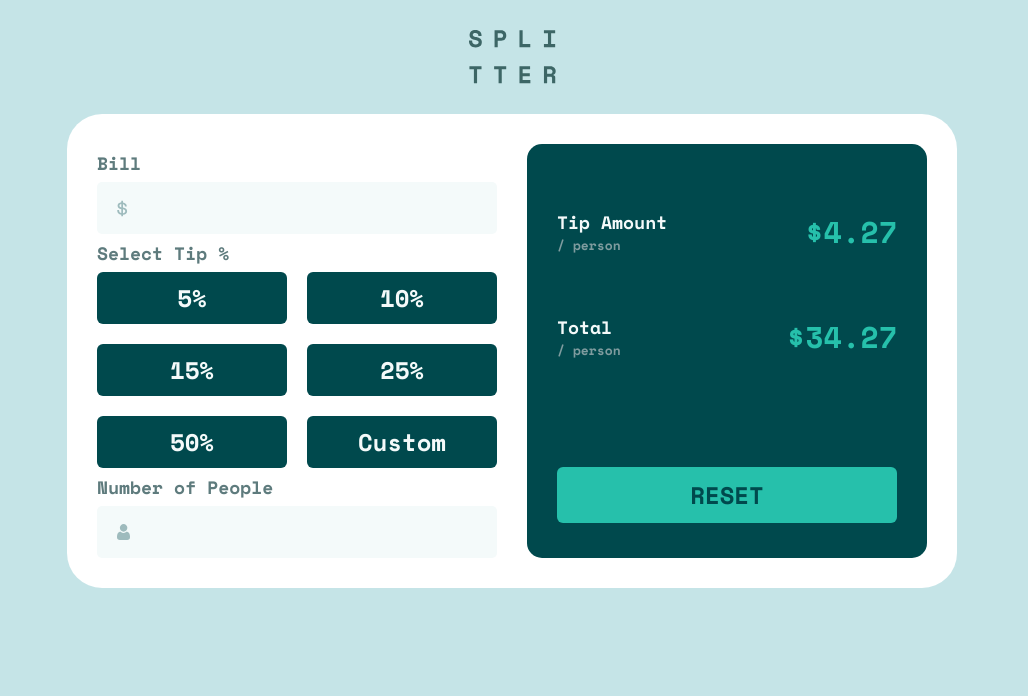
Repository: tomas938/tipcalculator
Page: /
An editor plug-in stored every save of this project. The page is shown before and after the next save, followed by the edit.
The browser window is 1024 px wide. The page is 1024 px wide, then 1028 px, then 1024 px, so the pictures cover 1028 px, including what lies to the right of the window. The pictures show the whole page.
The project was rebuilt for these pictures with package versions that can differ from the ones it lists, and the page was loaded fresh each time.

Above is the page before, as saved 2021-08-04 11:38:55.

After the next save:
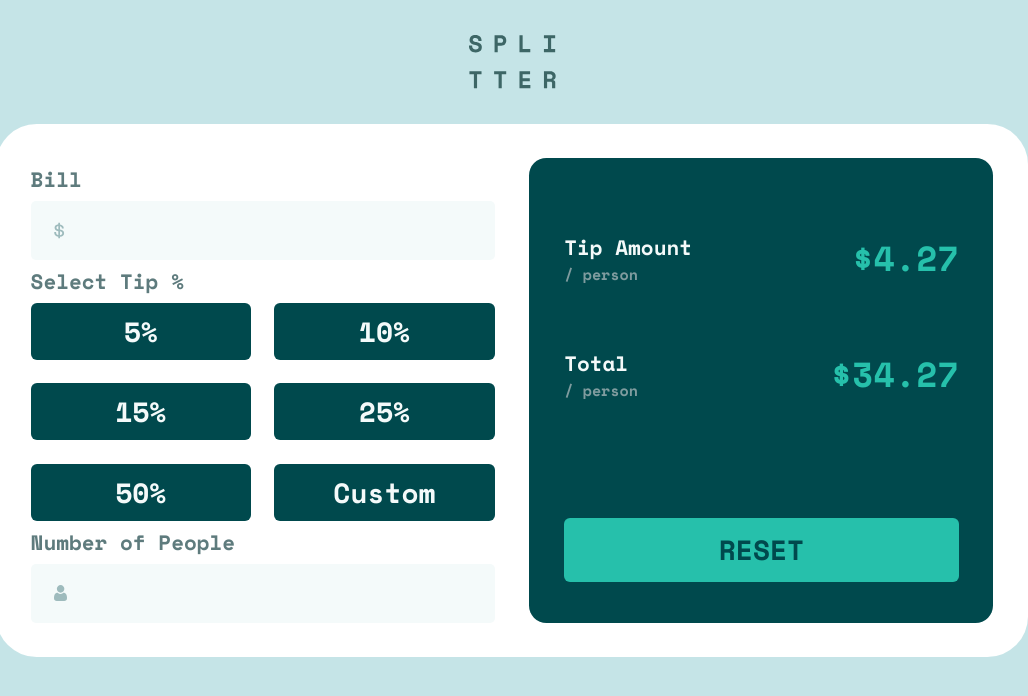
Saved 8 s later.
--- a/src/App.vue
+++ b/src/App.vue
@@ -24,7 +24,7 @@
 html {
 	font-size: 62.5%;
 	@media only screen and (max-width: 1200px) {
-		font-size: 62.5%;
+		font-size: 72.5%;
 	}
 	@media only screen and (max-width: 1000px) {
 		font-size: 52.5%;

After the save that followed:
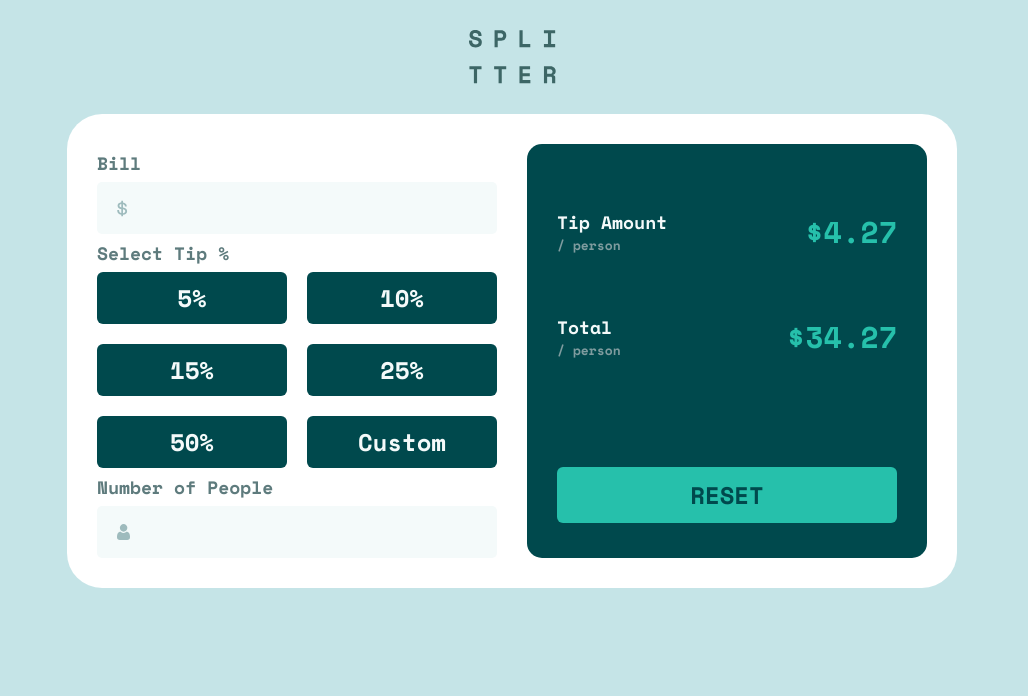
Saved 10 s later.
--- a/src/App.vue
+++ b/src/App.vue
@@ -23,9 +23,7 @@
 }
 html {
 	font-size: 62.5%;
-	@media only screen and (max-width: 1200px) {
-		font-size: 72.5%;
-	}
+
 	@media only screen and (max-width: 1000px) {
 		font-size: 52.5%;
 	}
